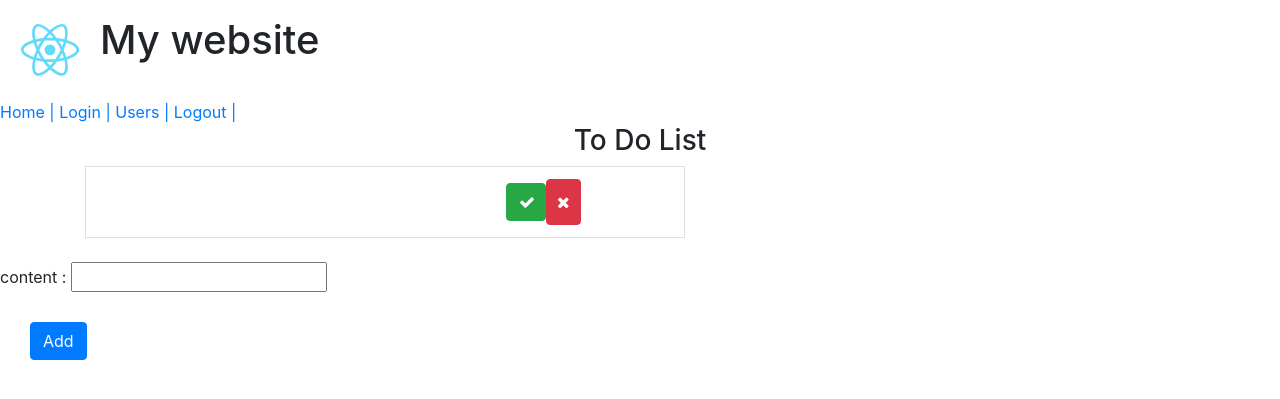
Repository: Marwa-Medhat/ReactJS-Labs
Page: / (app in myapp/), after clicking the first element matching `button.btn`
These files come from the project's save history. The page is drawn as it stood at one moment and after the next save; the edit follows.
The browser window is 1280 px wide. The pictures show the whole page.
The project was rebuilt for these pictures with package versions that can differ from the ones it lists, and the page was loaded fresh each time.

Above is the page before, as saved 2021-04-28 21:17:22.

### myapp/src/index.js
import React from 'react';
import ReactDOM from 'react-dom';
import './index.css';
// import App from './App';
import App from './main';
import reportWebVitals from './reportWebVitals';

ReactDOM.render(
    <App />,
  document.getElementById('root')
);

// If you want to start measuring performance in your app, pass a function
// to log results (for example: reportWebVitals(console.log))
// or send to an analytics endpoint. Learn more: https://bit.ly/CRA-vitals
reportWebVitals();

### myapp/src/main.js
import React from "react";
import logo from './logo.svg';

import {
  BrowserRouter as Router,
  Switch,
  Route,
  Link,
  useRouteMatch,
  useParams
} from "react-router-dom";

import {Header,Menu} from './Header2'
import Todo from './todo'

class App extends React.Component{
    constructor(){
        super();
        this.state = {
            items:[
            {
                text:"Home",
                link:"/home"
            },
            {
                text:"Login",
                link:"/login"
            },
            {
                text:"Users",
                link:"/users"
            },
            {
                text:"Logout",
                link:"/Logout"
            },

        ]
    }
    }

    toggleActive=(text)=>{

        this.state.items.forEach((item)=>item.active=false);
        let item = this.state.items.find(x=>x.text==text);
        item.active = !item.active
        this.setState({items:this.state.items});
    }
    render(){
        return <Router>
            <Header title="My website" logo={logo} menu={this.state.items} toggleActive={this.toggleActive} />
            <Switch>
            <Route path="/Logout" >
                    <Login />
                </Route>

                <Route path="/users" >
                    <UserList />
                </Route>
                <Route path="/login" >
                    <Login />
                </Route>
                <Route path="/" >
                    <Todo />
                </Route>
            </Switch>
        </Router>
    }
}







class UserList extends React.Component{

    constructor(){
        super();
        this.state={
            users:[],
            loading:false
        };
    }

    async componentDidMount(){
        this.setState({loading:true});
        setTimeout(async ()=>{


        let res= await fetch("https://reqres.in/api/users?page=2",{
            method:"GET",
            headers:{
                "content-type":"application/json"
            }
        });
        let resJson = await res.json();
        this.setState({users:resJson.data,loading: false});
    },5000)
    }

    render(){
        return <div>
            {!this.state.loading ? this.state.users.map((item)=>{
                return <UserView key={item.id}  user={item} />
            }): "Loading Users"}
        </div>
    }
}

class Login extends React.Component{

    constructor(){
        super();
        this.state={
            username:"",
            email:"",
            password:""
        }
    }

    setInputValue=(e)=>{
        this.setState({[e.target.name]:e.target.value});
    }

    login=async ()=>{
        let user = {
            email:this.state.email,
            password:this.state.password
        }
        let res= await fetch("https://reqres.in/api/login",{
            method:"POST",
            headers:{
                "content-type":"application/json"
            },
            body:JSON.stringify(user)
        });
        let resJson = await res.json();
        if(resJson.token){
            alert("Login success");
        }else{
            alert(resJson.error)
        }
    }

    render(){
        return <div>
            <h1>Login</h1>
            Username:<input type="text" value={this.state.username} onChange={this.setInputValue} name="username" /><br/>
            Password:<input type="password" value={this.state.password} onChange={this.setInputValue} name="password" /><br/>
            Email:<input type="email" value={this.state.email} onChange={(e)=>this.setState({email:e.target.value})} name="email" /><br/>
            <button onClick={this.login}>Login</button>
        </div>
    }
}

class UserView extends React.Component{
    constructor(){
        super();

    }

    render(){
        return <div>
            <img src={this.props.user.avatar} style={{width:100,height:100}} /><br/>
            <span>{this.props.user.first_name} {this.props.user.last_name}</span>
            <div>Email : {this.props.user.email}</div>
        </div>
    }
}



export default App;

### myapp/src/Header2.js
import React from 'react';
import PropTypes from 'prop-types';
import {Link} from "react-router-dom";
class Header extends React.Component{

    render(){
        let h1Style={
            display:"inline-block"
        }

        return <div>
            <img style={{width:100,height:100}} src={this.props.logo} />
            <h1 style={h1Style} >{this.props.title}</h1>
            <Menu items={this.props.menu} toggleActive={this.props.toggleActive} />
        </div>
    }
}

Header.defaultProps ={
    title:"Website"
}

Header.propTypes = {
    title:PropTypes.string
}

class Menu extends React.Component{

    constructor(props){
        super();

    }

    render(){
        return <div>
            {this.props.items.map((item,i)=>{
                return <Link key={item.text} style={{backgroundColor:item.active?"green":"white"}} onClick={()=>this.props.toggleActive(item.text)} to={item.link} > {item.text} |</Link>
            })}
        </div>
    }
}

Menu.defaultProps={
    items:[]
}

export {Header,Menu};

### myapp/src/todo.js
import React from 'react';
import 'bootstrap/dist/css/bootstrap.min.css'
import { ListGroup } from 'react-bootstrap';
import 'font-awesome/css/font-awesome.min.css';

class Todo extends React.Component{
    constructor(){
        super();
        this.state={
            contents:[]
        }
    }

    componentDidMount(){
        if(localStorage["contents"]){
        let contents = JSON.parse(localStorage["contents"])
        this.setState({contents:contents})
        }
    }
    saveToLocalStorage=()=>{
        localStorage["contents"] = JSON.stringify(this.state.contents);
    }

    addContent=(content)=>{
        this.state.contents.push(content);
        this.setState({contents:this.state.contents});
        this.saveToLocalStorage();
    }




    render(){
        return <div>
            <h3 style={{textAlign:"center",}}>To Do List</h3>
            <div className="container center" >
            <DisplayTasks contents={this.state.contents} /><br/>
            </div>
            <AddTask style={{textAlign:"center",}}addContent={this.addContent} />
        </div>
    }

}


class AddTask extends React.Component{

    constructor(props){
        super();
        this.state={
            content:"",

        }
    }

    addContent=()=>{
        let content = {
            content:this.state.content,
        }

        this.props.addContent(content);
    }


    render(){
        return <div>
            content : <input type="text" value={this.state.content} onChange={(e)=>this.setState({content:e.target.value})} />
           <br/> <button onClick={this.addContent} className="btn btn-primary " style={{ margin: 30,}}>Add</button>
        </div>
    }
}


class DisplayTasks extends React.Component{
    render(){
        return <div class="list-group ">
            {this.props.contents.length > 0 ?this.props.contents.map((item)=>{
                return <DisplayTask content={item} key={item.content} />
            }):"Empty"}
        </div>
    }
}

DisplayTasks.defaultProps={
    contents:[]
}

class DisplayTask extends React.Component{

    // <i className="fa fa-times danger" ></i>
    render(){
        return <div>
    <a href="#" class="list-group-item list-group-item-action " style={{width:600 ,fontWeight:'bolder',marginRight:50,}}>{this.props.content.content}
    <button  className="btn btn-success" style={{ marginLeft: 400 ,paddingRight:10}}><i className="fa fa-check "></i></button>
    <button className="btn btn-danger" style={{padding:10}}><i className="fa fa-times btn-danger" ></i></button></a>

    </div>
    }
}
export default Todo;

Loaded but not shown: myapp/public/index.html (common file); myapp/src/index.css (common file); myapp/src/reportWebVitals.js (common file)

After the next save:
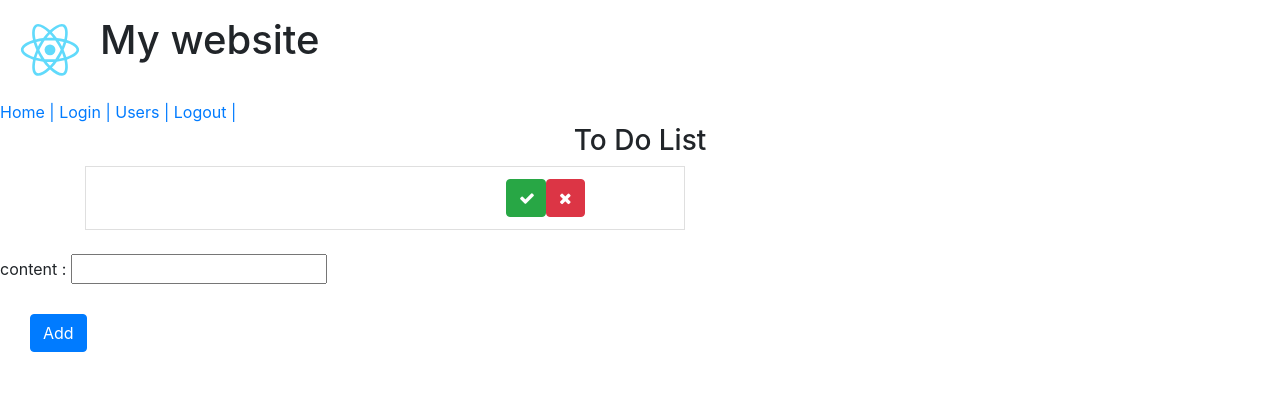
Saved 16 s later.
--- a/myapp/src/todo.js
+++ b/myapp/src/todo.js
@@ -92,7 +92,7 @@ class DisplayTask extends React.Component{
         return <div>
     <a href="#" class="list-group-item list-group-item-action " style={{width:600 ,fontWeight:'bolder',marginRight:50,}}>{this.props.content.content}
     <button  className="btn btn-success" style={{ marginLeft: 400 ,paddingRight:10}}><i className="fa fa-check "></i></button>
-    <button className="btn btn-danger" style={{padding:10}}><i className="fa fa-times btn-danger" ></i></button></a>
+    <button className="btn btn-danger" ><i className="fa fa-times btn-danger" ></i></button></a>
 
     </div>
     }
